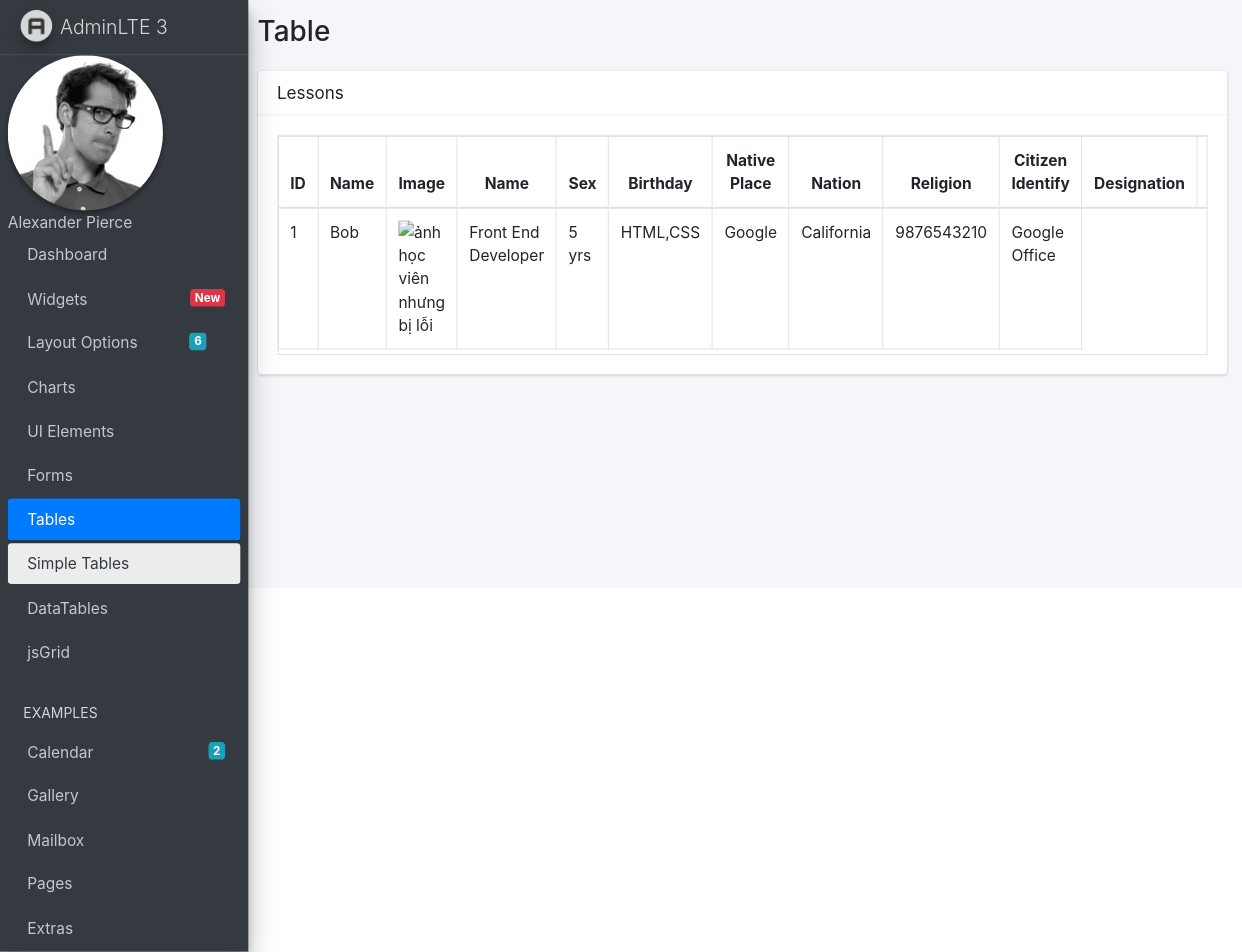
Repository: huyennvo/table
Page: http://localhost/table/students
These files come from the project's save history. The page is drawn as it stood at one moment and after the next save; the edit follows.
The browser window is 1280 px wide. The pictures show the whole page, at 97% of full size.
Some web fonts or font styles are not loaded; a fallback is used. The page is served by the project's Laravel application, run on PHP 8.4 with Laravel 8.

Above is the page before, as saved 2022-08-11 21:54:41.

After the next save:
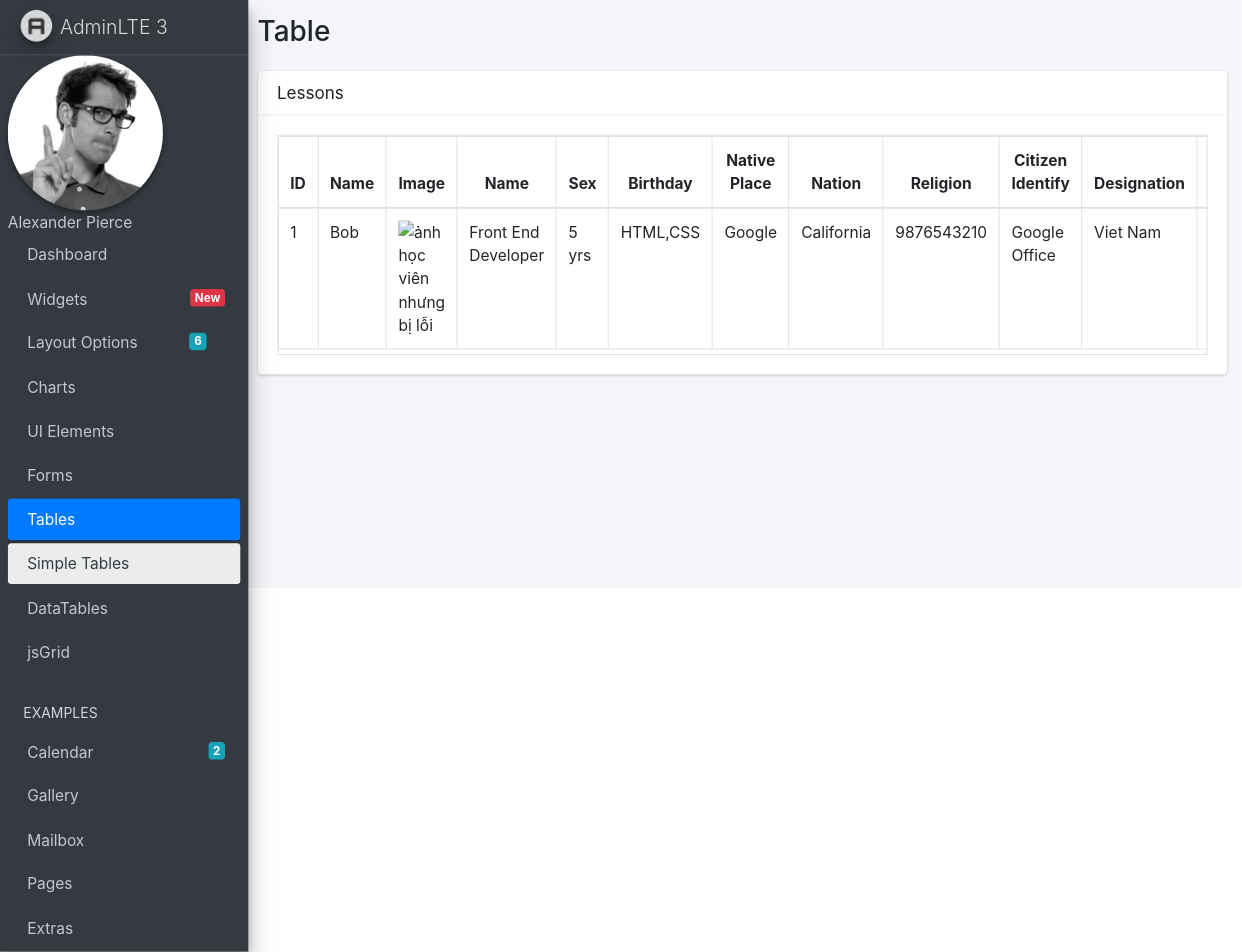
Saved 4 min 43 s later.
--- a/resources/views/students.blade.php
+++ b/resources/views/students.blade.php
@@ -61,6 +61,24 @@
                                     <td>California</td>
                                     <td>9876543210</td>
                                     <td>Google Office</td>
+                                    <td>Viet Nam</td>
+                                    <td>3 years</td>
+                                    <td>Java</td>
+                                    <td>Viettel</td>
+                                    <td>Ha Noi</td>
+                                    <td>1</td>
+                                    <td>Guom Lake</td>
+                                    <td>111-111-111</td>
+                                    <td>fghjk@gmai.com</td>
+                                    <td>NEU</td>
+                                    <td>Mei Mie</td>
+                                    <td>CS</td>
+                                    <td>Mi Chi</td>
+                                    <td>333-333-333</td>
+                                    <td>Mie Moe</td>
+                                    <td>Mi Mi</td>
+                                    <td>Doctor</td>
+                                    <td>PoliceMan</td>
                                 </tr>
                             </tbody>
                         </table>
